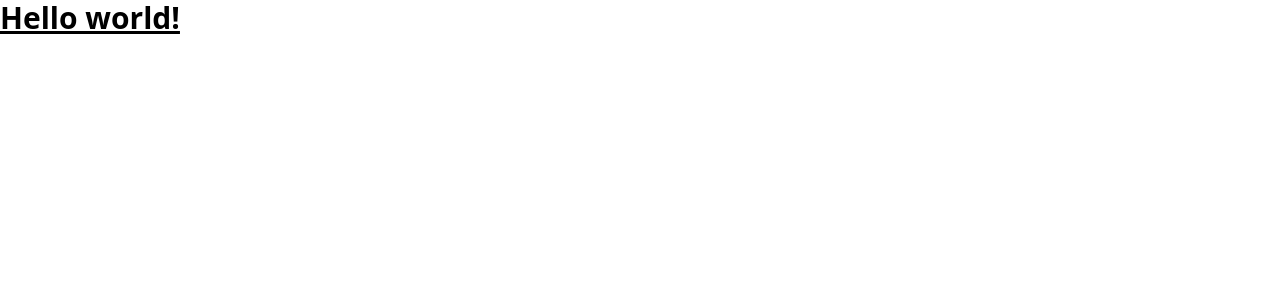
Repository: Matiiu/tip-calculator
Page: /
These files come from the project's save history. The page is drawn as it stood at one moment and after a run of saves; the edit follows.
The browser window is 1280 px wide. The pictures show the whole page.
The project was rebuilt for these pictures with package versions that can differ from the ones it lists, and the page was loaded fresh each time. Also part of the build but not shown: vite.config.ts.

Above is the page before, as saved 2024-03-29 09:27:19.

After the next 2 saves:
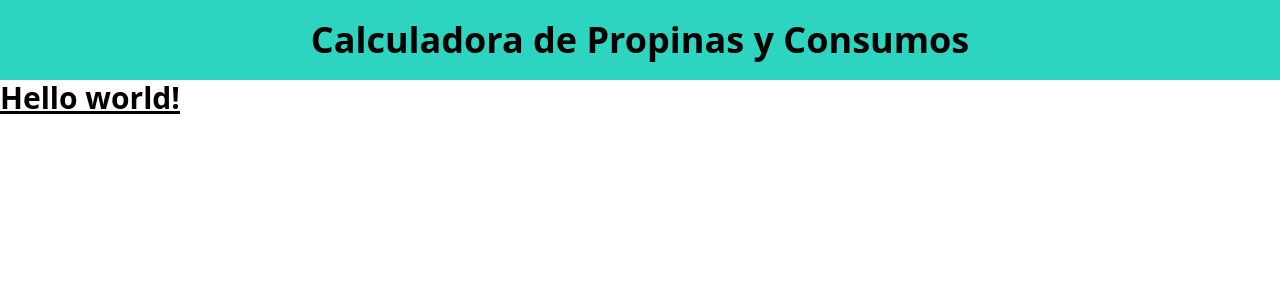
The 2 saves are shown as one change because they came seconds apart.
The last was saved 29 s later.
--- a/src/App.tsx
+++ b/src/App.tsx
@@ -1,6 +1,9 @@
+import Header from "./components/Header"
+
 export default function App() {
   return (
     <>
+    <Header />
       <h1 className="text-3xl font-bold underline">
         Hello world!
       </h1>
